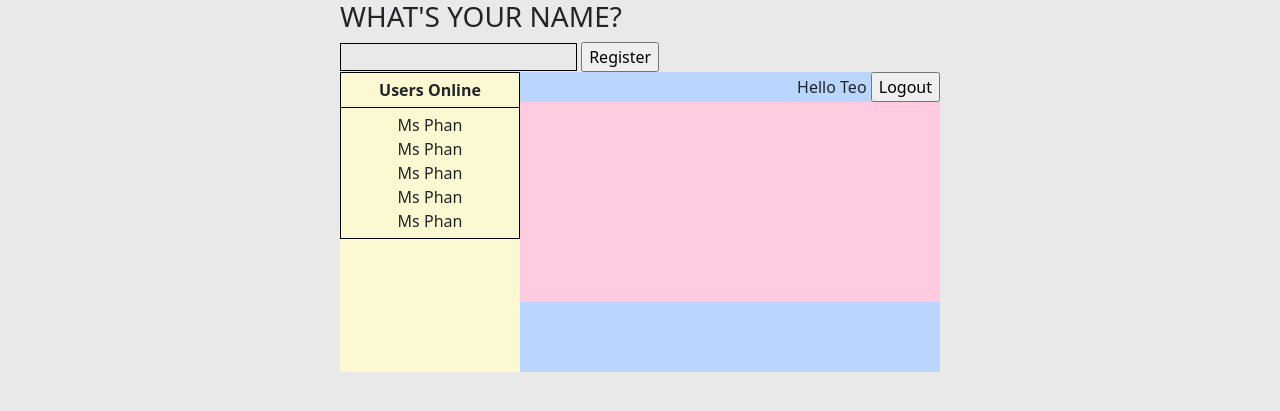
Repository: haimy125/demo_chat
Page: http://localhost/
An editor plug-in stored every save of this project. The page is shown before and after the next save, followed by the edit.
The browser window is 1280 px wide. The pictures show the whole page.
The page is served by the project's Node server (DEMO_CHAT_SOCKETIO/SERVER.js).

Above is the page before, as saved 2021-08-29 15:41:47.

### DEMO_CHAT_SOCKETIO/views/trangchu.ejs
<!DOCTYPE html>
<html lang="en">

<head>
    <meta charset="UTF-8">
    <meta http-equiv="X-UA-Compatible" content="IE=edge">
    <meta name="viewport" content="width=device-width, initial-scale=1.0">
    <title>demo chat</title>
    <link href="https://cdn.jsdelivr.net/npm/bootstrap@5.0.2/dist/css/bootstrap.min.css" rel="stylesheet" integrity="sha384-EVSTQN3/azprG1Anm3QDgpJLIm9Nao0Yz1ztcQTwFspd3yD65VohhpuuCOmLASjC" crossorigin="anonymous">
    <script src="https://cdn.jsdelivr.net/npm/@popperjs/core@2.9.2/dist/umd/popper.min.js" integrity="sha384-IQsoLXl5PILFhosVNubq5LC7Qb9DXgDA9i+tQ8Zj3iwWAwPtgFTxbJ8NT4GN1R8p" crossorigin="anonymous"></script>
    <script src="https://cdn.jsdelivr.net/npm/bootstrap@5.0.2/dist/js/bootstrap.min.js" integrity="sha384-cVKIPhGWiC2Al4u+LWgxfKTRIcfu0JTxR+EQDz/bgldoEyl4H0zUF0QKbrJ0EcQF" crossorigin="anonymous"></script>

    <script src="jquery.js"></script>
    <script src="socket.io/socket.io.js"></script>
    <link rel="stylesheet" href="layout.css">
    <script src="xuly.js">
    </script>
</head>

<body>
    <div class="container">
        <div id="wrapper">
            <div id="loginForm">
                <h3>WHAT'S YOUR NAME?</h3>
                <input type="text" id="txtUsername">
                <input type="button" value="Register" id="btnRegister" />
            </div>
            <div id="chatForm">
                <div id="left">
                    <div id="boxTitle">Users Online</div>
                    <div id="boxContent">
                        <div class="userOnline">Ms Phan</div>
                        <div class="userOnline">Ms Phan</div>
                        <div class="userOnline">Ms Phan</div>
                        <div class="userOnline">Ms Phan</div>
                        <div class="userOnline">Ms Phan</div>
                    </div>
                </div>
                <div id="right">
                    <div id="sayHi">Hello <span id="currentUser">Teo</span>
                        <input type="button" value="Logout" id="btnLogout">
                    </div>

                    <div id="listMessage"></div>
                </div>
            </div>
        </div>
    </div>
</body>

</html>

### DEMO_CHAT_SOCKETIO/SERVER.js
var express = require('express'); //phai require thu vien express moi chay
var app = express(); //khai bao server
app.use(express.static("public")); //can file js, css nen khai bao the nay de all file trong public la khach hang truy cap duoc het

app.set("view engine", "ejs"); //
app.set("views", "./views");
var server = require('http').Server(app); //dựng server
var io = require('socket.io')(server);
server.listen(3000);


app.get('/', function(req, res) {
    res.render('trangchu');
});

### DEMO_CHAT_SOCKETIO/public/layout.css
body {
    background-color: #e9e9e9;
}

#wrapper {
    width: 600px;
    margin: 0 auto;
}

#txtUsername {
    background-color: transparent;
    border: solid 1px black;
    /* border-width: 0 0 1 0; */
}

#left,
#right {
    min-height: 300px;
}

#left {
    width: 30%;
    float: left;
    background-color: #fcf8d1;
}

#right {
    width: 70%;
    float: right;
    background-color: #bad5fe;
}

#boxTitle {
    border: solid 1px black;
    padding: 5px;
    text-align: center;
    font-weight: bold;
}

#boxContent {
    border: solid 1px black;
    border-top: none;
    padding: 5px;
    text-align: center;
}

#sayHi {
    text-align: right;
}

#listMessage {
    height: 200px;
    background-color: #ffcbe1;
}

### DEMO_CHAT_SOCKETIO/public/xuly.js
$(document).ready(function() {
    // alert('a');
});

Loaded but not shown: DEMO_CHAT_SOCKETIO/public/jquery.js (library)

After the next save:
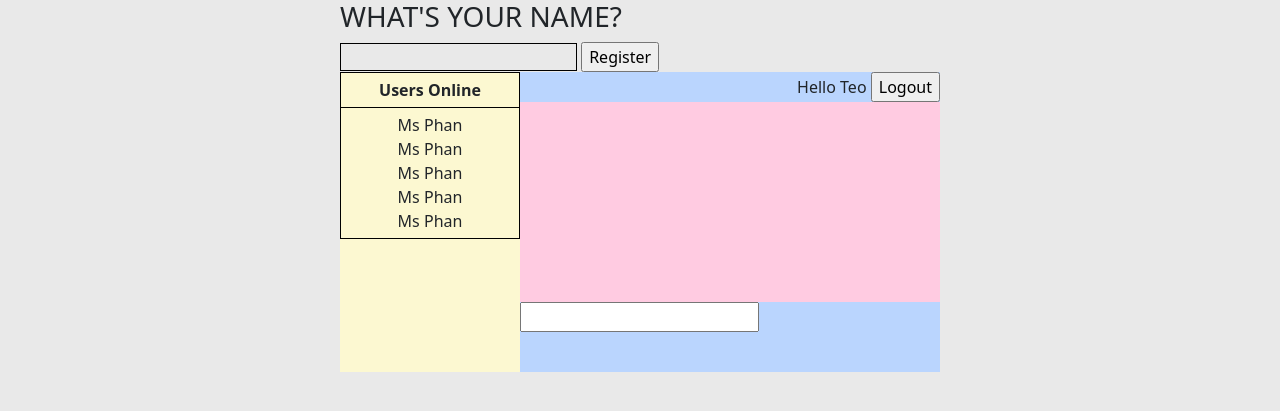
Saved 49 s later.
--- a/DEMO_CHAT_SOCKETIO/views/trangchu.ejs
+++ b/DEMO_CHAT_SOCKETIO/views/trangchu.ejs
@@ -42,6 +42,10 @@
                     </div>
 
                     <div id="listMessage"></div>
+
+                    <div>
+                        <input type="text" id="txtMessgae" placeholder="">
+                    </div>
                 </div>
             </div>
         </div>
